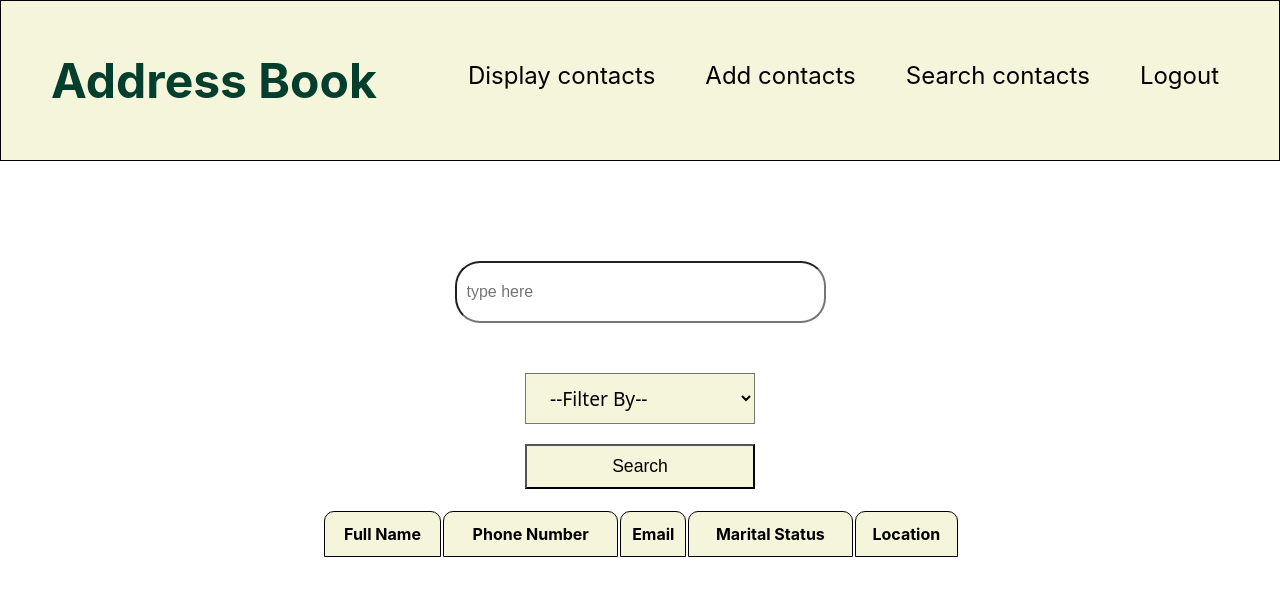
Repository: jatannoury/Address-Book
Page: /search_contact
These files come from the project's save history. The page is drawn as it stood at one moment and after a run of saves; the edit follows.
The browser window is 1280 px wide. The pictures show the whole page.
The project was rebuilt for these pictures with package versions that can differ from the ones it lists, and the page was loaded fresh each time. Also part of the build but not shown: src/components/Email.js, src/components/Password.js, src/components/Login.js, src/components/Username.js, src/components/SignUp.js, src/components/Table.js, src/components/Contacts.js, src/components/AddSection.js.

Above is the page before, as saved 2022-06-26 12:41:50.

### src/App.js
import "./App.css";
import { BrowserRouter, Routes, Route } from "react-router-dom";
import Login from "./components/Login";
import SignUp from "./components/SignUp";
import Contacts from "./components/Contacts";
import React, { Component, useState } from "react";
import Navbar from "./components/Navbar";
import { AiOutlineUser } from "react-icons/ai";
import AddSection from "./components/AddSection";
import Search from "./components/Search";
import SearchSection from "./components/SearchSection";

function App() {
  return (
    <BrowserRouter>
      <Routes>
        <Route path="/" element={<Login />}></Route>
        <Route path="/register" element={<SignUp />}></Route>
        <Route path="/contact_page" element={<Contacts />}></Route>
        <Route path="/add_contact" element={<AddSection />}></Route>
        <Route path="/search_contact" element={<SearchSection />}></Route>
      </Routes>
    </BrowserRouter>
  );
}

export default App;

### src/App.css
* {
  padding: 0;
  margin: 0;
  box-sizing: border-box;
}

.body_container {
  text-align: center;
}

.content_container {
  text-align: center;
  border: 2px solid white;
  width: 40%;
  color: white;
  margin-left: auto;
  margin-right: auto;
  margin-top: 5%;
  border-radius: 30px;
  background-color: #f5f5dc;
  box-shadow: 10px 10px #f1f1e1;
}
hr {
  width: 6%;
  margin-left: auto;
  margin-right: auto;
  margin-bottom: 6%;
}
.hr {
  width: 100%;
  margin-bottom: 50px;
}

.title {
  margin-top: 5%;
  margin-bottom: 1.5%;
  font-family: system-ui, -apple-system, BlinkMacSystemFont, "Segoe UI", Roboto,
    Oxygen, Ubuntu, Cantarell, "Open Sans", "Helvetica Neue", sans-serif;
  font-weight: 200;
  color: rgb(22, 118, 118);
  background-color: #f5f5dc;
}
form > div {
  margin-left: 30px;
  margin-bottom: 30px;
}
form > div > input {
  width: 70%;
}

form > input {
  background-color: #a8b59b;
  /* border-radius:10px; */
  padding-top: 2.5%;
  padding-bottom: 2.5%;
  width: 60%;
  padding-left: 2.5%;
  font-size: 100%;
  border: 1px solid #395174;
}

.submit {
  /* margin-bottom: 20%; */
  font-family: system-ui, -apple-system, BlinkMacSystemFont, "Segoe UI", Roboto,
    Oxygen, Ubuntu, Cantarell, "Open Sans", "Helvetica Neue", sans-serif;
  font-size: 150%;
  font-weight: 500;
  color: white;
}

.submit:hover {
  background-color: rgb(151, 171, 165);
  box-shadow: 5px px rgb(151, 171, 165);
}
form {
  background-color: #f5f5dc;
  border-radius: 10px;
}

.icon {
  border: 1px solid black;
  width: 10%;
  position: relative;
  left: 75px;
  color: grey;
}

.user,
.pass {
  display: flex;
  width: 100%;
}

input[type="text"],
[type="password"] {
  padding-left: 80px;
  font-size: 100%;
}
.signupLink {
  margin-bottom: 100px;
  margin-top: 10px;
}

.signupLink > a:hover {
  color: black;
}
.navbar {
  border: 1px solid black;
  display: flex;

  justify-content: space-between;
  padding: 50px 50px 50px 50px;
  background-color: #f5f5dc;
}
.sub_nav > a {
  text-decoration: none;
  color: black;
  /* border: 1px solid black; */
  font-size: 150%;
  padding-top: 50px;
  padding-bottom: 50px;
  padding-left: 10px;
  padding-right: 10px;
}
.sub_nav > a:hover {
  color: #043f2d;
  font-weight: 800;
}
.nav1 {
  display: flex;
  margin-top: 10px;
  gap: 30px;
}
.addressBook {
  font-size: 300%;
  color: #043f2d;
  font-weight: 700;
}
.header {
  display: flex;
}

.sub_header {
  font-size: 150%;
  margin-top: 20px;
  border: 1px solid #f5f5dc;
  background-color: #f5f5dc;
  border-radius: 10px 10px 0px 0px;
  padding: 10px 10px 10px 10px;
}
table {
  margin-top: 20px;
  text-align: center;
  margin-left: auto;
  margin-right: auto;
  width: 50%;
}
th {
  border: 1px solid black;
  border-radius: 10px 10px 0px 0px;
  background-color: #f5f5dc;
  padding-top: 12px;
  padding-bottom: 12px;
  text-align: center;
}
td {
  border: 1px solid black;
  border-radius: 5px;
  background-color: #f8f8f8;
  padding: 10px 0;
}
th:first-child {
  background-color: white;
  border: none;
}
.iconn {
  margin-top: 10px;
  font-size: 200%;
  color: #b3b3a8;
}
.del {
  border-radius: 10px;
  background-color: rgb(235, 64, 64);
  cursor: pointer;
}
.underline {
  text-decoration: underline;
}
.input {
  width: 100%;
  padding-left: 0px !important;
  height: 100%;
}
.add {
  border-radius: 10px;
  background-color: green;
  cursor: pointer;
  padding-left: 15px;
  padding-right: 15px;
}
.search_bar_container {
  text-align: center;
  margin-top: 100px;
}
.search_bar {
  padding-left: 10px !important;
  padding-right: 150px;
  padding-top: 20px;
  padding-bottom: 20px;
  border-radius: 25px;
}
.Drop,
.Drop > option {
  margin-top: 50px;
  padding: 10px 50px 10px 50px;
  background-color: #f5f5dc;
  padding-left: 20px;
}
select {
  font-family: system-ui, -apple-system, BlinkMacSystemFont, "Segoe UI", Roboto,
    Oxygen, Ubuntu, Cantarell, "Open Sans", "Helvetica Neue", sans-serif;
  font-weight: 500;
  font-size: 120%;
}

.Search {
  margin-top: 20px;
  padding: 10px 85px 10px 85px;
  font-size: 110%;
  background-color: #f5f5dc;
  text-align: center;
}
.Search:hover {
  background-color: #a8a89b;
}
.retrieved {
  border: 1px solid black;
  min-height: 100px;
  max-width: 350px;
  margin-left: auto;
  margin-right: auto;
  margin-top: 50px;
  border-radius: 10px;
  box-shadow: 5px 10px #888888;
}

### src/components/Navbar.js
import React from "react";

const Navbar = () => {
  return (
    <nav className="navbar">
      <div className="addressBook">Address Book</div>
      <div className="nav1 ">
        <div className="sub_nav ">
          <a href="/contact_page">Display contacts</a>
        </div>
        <div className="sub_nav">
          <a href="/add_contact">Add contacts</a>
        </div>
        <div className="sub_nav">
          <a href="/search_contact">Search contacts</a>
        </div>
        <div className="sub_nav">
          <a href="/">Logout</a>
        </div>
      </div>
    </nav>
  );
};

export default Navbar;

### src/components/Search.js
import React, { useState } from "react";

const Search = () => {
  const [collect, setCollect] = useState({});
  let print = false;
  async function searchfor(type, content) {
    let url = `http://localhost:3001/api/user`;
    if (type == "Name") url += `/get_ByName?name=${content}`;
    else if (type == "Email") url += `/get_ByEmail?name=${content}`;
    else url += `/get_ByPhoneNb?name=${content}`;
    console.log(url);
    try {
      const res = await fetch(url, {
        method: "POST",
        headers: {
          "Content-type": "application/json",
        },
        body: JSON.stringify({
          name: content,
        }),
      });
      const data = await res.json();
      setCollect(data);

      // if (data.code) {
      //   alert("Phone Number already in use");
      // }
    } catch (error) {
      console.log(error);
    }
  }
  console.log(collect);
  const [search, setSearch] = React.useState("");
  const [type, setType] = React.useState("");
  return (
    <div className="search_bar_container">
      <input
        type="text"
        placeholder="type here"
        className="search_bar"
        onChange={(e) => {
          setSearch(e.currentTarget.value);
          console.log(search);
          print = true;
        }}
      ></input>
      <br />
      <select
        className="Drop"
        onChange={(e) => {
          setType(e.currentTarget.value);
          console.log(type);
        }}
      >
        <option>--Filter By--</option>
        <option>Name</option>
        <option>Email</option>
        <option>Phone Number</option>
      </select>
      <br />
      <button
        className="Search"
        onClick={(e) => {
          console.log(type, search);
          searchfor(type, search);
        }}
      >
        Search
      </button>
      <br />
      <table className="table">
        <thead>
          <tr>
            <th></th>
            <th>Full Name</th>
            <th>Phone Number</th>
            <th>Email</th>
            <th>Marital Status</th>
            <th>Location</th>
          </tr>
        </thead>
        <tbody>
          {collect.length &&
            collect["message"][0].map((e) => (
              <tr>
                <td>{e.fullName}</td>
                <td>{e.phoneNb}</td>
                <td>{e.email}</td>
                <td>{e.rlsStatus}</td>
                <td>{[e.lat, "° , ", e.long, "°"]}</td>
              </tr>
            ))}
        </tbody>
      </table>

      {/* {collect.length
        ? collect.map((e) => {
            console.log(e);
            return (
              <>
                <div>{e.message[0].fullName}</div>
                <div>{e.message[0].phoneNb}</div>
                <div>{e.message[0].email}</div>
                <div>{e.message[0].rlsStatus}</div>
                <div>{[e.message[0].lat, "° , ", e.message[0].long, "°"]}</div>
              </>
            );
          })
        : console.log("WAIT")} */}
    </div>
  );
};

export default Search;

### src/components/SearchSection.js
import React from "react";
import Navbar from "./Navbar";
import Search from "./Search";
const SearchSection = () => {
  return (
    <div className="contain">
      <Navbar />
      <Search />
    </div>
  );
};

export default SearchSection;

Loaded but not shown: public/index.html (common file); src/index.js (common file); src/index.css (common file); src/reportWebVitals.js (common file)

After the next 2 saves:
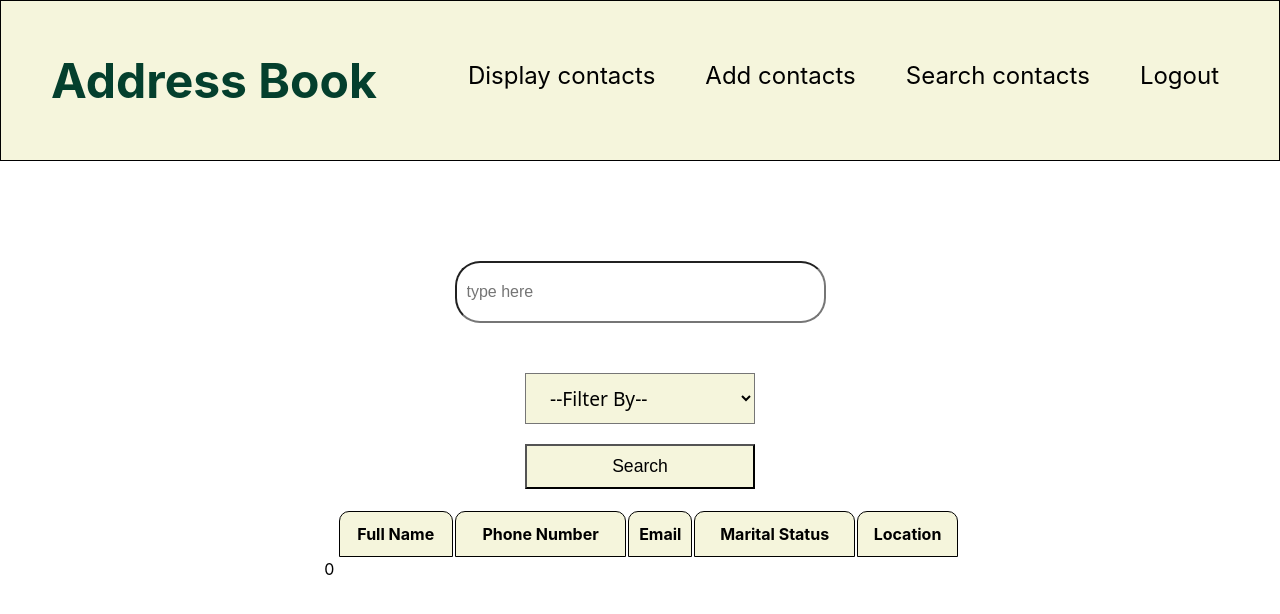
The 2 saves are shown as one change because 1 did not build or start.
The last was saved 43 s later.
--- a/src/components/Search.js
+++ b/src/components/Search.js
@@ -1,7 +1,7 @@
 import React, { useState } from "react";
 
 const Search = () => {
-  const [collect, setCollect] = useState({});
+  const [collect, setCollect] = useState([]);
   let print = false;
   async function searchfor(type, content) {
     let url = `http://localhost:3001/api/user`;
